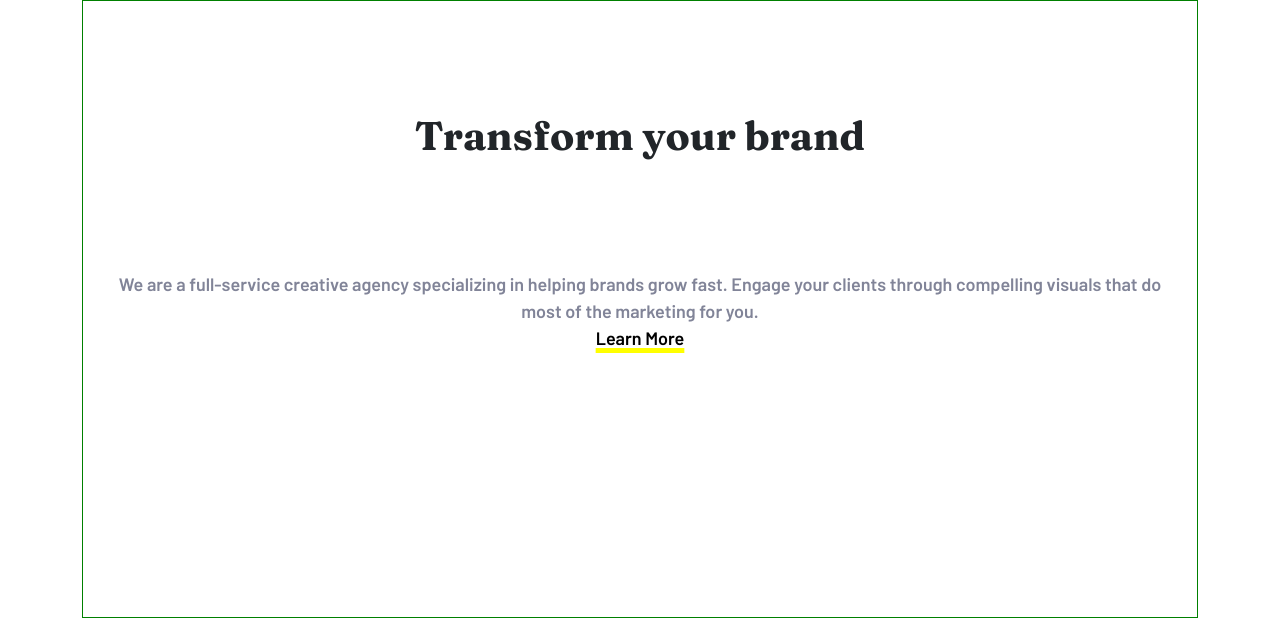
Repository: Roshanell/Sunny-Side-Agency
Page: index.html
The author's editor kept a copy of each file at every save. The page is drawn from the files as they stood at one save, then again after a run of saves.
The browser window is 1280 px wide. The pictures show the part of the page from y = 1490 to 2108 px (the page is 8541 px tall).
Pictures or frames that could not be fetched are drawn as grey boxes.

Above is the page before, as saved 2022-07-03 17:52:40.

### index.html
<!doctype html>
<html lang="en">

  <head>
    <meta charset="utf-8">
    <meta name="viewport" content="width=device-width, initial-scale=1">
    <title>Sunny Side Agency</title>
    <link href="https://cdn.jsdelivr.net/npm/bootstrap@5.2.0-beta1/dist/css/bootstrap.min.css" rel="stylesheet"
      integrity="sha384-0evHe/X+R7YkIZDRvuzKMRqM+OrBnVFBL6DOitfPri4tjfHxaWutUpFmBp4vmVor" crossorigin="anonymous">
    <link href="https://fonts.googleapis.com/icon?family=Material+Icons" rel="stylesheet">
    <link rel="stylesheet" href="css/style.css">
    <link rel="preconnect" href="https://fonts.googleapis.com">
    <link rel="preconnect" href="https://fonts.gstatic.com" crossorigin>
    <link
      href="https://fonts.googleapis.com/css2?family=Barlow:wght@600&family=Fraunces:opsz,wght@9..144,300;9..144,700;9..144,900&display=swap"
      rel="stylesheet">
  </head>

  <body>
    <div class="container">
      <div class="homePage">
        <ul class="menu">
          <li><a class="menuItem" href="#">Home</a></li>
          <li><a class="menuItem" href="#">Profile</a></li>
          <li><a class="menuItem" href="#">About</a></li>
          <li><a class="menuItem" href="#">Contacts</a></li>
        </ul>
        <button class="hamburger">
          <!-- material icons https://material.io/resources/icons/ -->
          <i class="menuIcon material-icons">menu</i>
          <i class="closeIcon material-icons">close</i>
        </button>
        <div class="header">
          <h1>sunnyside</h1>
        </div>
        <div class="homeContent">
          <h2 class="homeSlogan">We are creatives</h2>
        </div>
      </div>

      <div class="eggArea">
      </div>

      <div class="aboutUsInfo">
        <h3>
          Transform your brand
        </h3>
        <p>We are a full-service creative agency specializing in helping brands grow fast. Engage your clients through
          compelling visuals that do most of the marketing for you. </p>
        <span><a href="#">Learn More</a></span>
      </div>

      <div class="cupImage">
      </div>

      <div class="standOutInfo">
        <h3>Stand out to the right audience</h3>
        <p> Using a collaborative formula of designers, researchers,
          photographers,videographers, and copywriters, we’ll build and extend your brand in digital places. </p>

        <span class="learnMorePink"><a href="#">Learn More</a></span>
      </div>
      <div class="graphicDesign">
        <h3> Graphic Design</h3>
        <p class="pGraphics" id="pDesign">
          Great design makes you memorable. We deliver artwork that underscores your brand message and captures
          potential clients’ attention. </p>
        <!-- background img with words overlay -->
        </p>
      </div>
      <div class="orangeImage">
        <h3>Photography</h3>
        <p class="pGraphics"> Increase your credibility by getting the most stunning, high-quality photos that improve
          your business
          image. </p>
        <!-- background img with words overlay -->
      </div>
      <div class="testimonialOne">
        <h4>Client Testimonials</h4>
        <div class="user one"></div>
        <p>We put our trust in Sunnyside and they delivered, making sure our needs were met and deadlines were always
          hit.</p>
        <span class="name">Emily R.</span>
        <span class="occupation">Marketing Director</span>
      </div>
      <div class="testimonialTwo">
        <div class="user two"></div>
        <p>Sunnyside’s enthusiasm coupled with their keen interest in our brand’s success made it a satisfying and
          enjoyable experience.</p>
        <span class="name">Thomas S.</span>
        <span span class="occupation">Chief Operating Officer</span>
      </div>
      <div class="testimonialThree">
        <div class="user three"></div>
        <p>Incredible end result! Our sales increased over 400% when we worked with Sunnyside. Highly recommended!</p>
        <span class="name">Jennie F.</span>
        <span span class="occupation">Business Owner</span>
      </div>
      <div class="fourImgs">
        <div class="imgOne">
        </div>
        <div class="imgTwo">
        </div>
        <div class="imgThree">
        </div>
        <div class="imgFour">
        </div>
      </div>

      <div class="footer">
        <h1>sunnyside</h1>
        <div class="moreInformation">
          <span>About</span>
          <span>Services</span>
          <span>Projects</span>
        </div>
        <div class="socialMediaHandles">
          <div>
            <img src="https://i.imgur.com/uHHCF8A.png" alt="Facebook Icon" height="20px" width="20px">
          </div>
          <div>
            <img src="https://i.imgur.com/Fvw0N1c.png" alt="Instagram Icon" height="20px" width="20px">
          </div>
          <div>
            <img src="https://i.imgur.com/k39Bgoc.png" alt="Twitter Icon" height="20px" width="20px">
          </div>
          <div>
            <img src="https://i.imgur.com/JN1Rhal.png" alt="Pinterest Icon" height="20px" width="20px">
          </div>
        </div>
      </div>
    </div>




    <script src="https://cdn.jsdelivr.net/npm/bootstrap@5.2.0-beta1/dist/js/bootstrap.bundle.min.js"
      integrity="sha384-pprn3073KE6tl6bjs2QrFaJGz5/SUsLqktiwsUTF55Jfv3qYSDhgCecCxMW52nD2" crossorigin="anonymous"
      type="text/javascript" src="js/main.js">


      </script>

  </body>

</html>

### css/style.css
/* Box Model Hack */
* {
  -moz-box-sizing: border-box;
}

/* Clear fix hack */
.clearfix:after {
  content: ".";
  display: block;
  clear: both;
  visibility: hidden;
  line-height: 0;
  height: 0;
}

.clear {
  clear: both;
}

/******************************************
/* BASE STYLES
/*******************************************/

/* general body */
body {
  font-size: 18px;
  font-family: "Barlow", sans-serif;
  text-align: center;
}
p {
  color: hsl(232, 10%, 55%);
  display: flex;
  justify-content: center;
  align-items: center;
  margin: 0 2%;
}

h1,
h2,
h3,
h4,
h5,
h6 {
  font-family: "Fraunces", serif;
  font-weight: 700;
}

h3 {
  margin-top: 10%;
  margin-bottom: 10%;
  font-size: 40px;
}

span a {
  color: black;
  text-decoration: underline yellow;
  text-decoration-thickness: 5px;
}

.learnMorePink a {
  text-decoration: underline hsl(7, 99%, 70%);
  text-decoration-thickness: 5px;
}
.learnMorePink {
  margin-top: 5%;
}
/* hamburger */
.menuItem {
  display: block;
  margin: 2rem 4rem;
  font-size: 1.8rem;
  color: white;
  text-decoration: none;
}

.menuItem:hover {
  text-decoration: underline;
}

.hamburger {
  position: fixed;
  z-index: 100;
  top: 1rem;
  right: 1rem;
  padding: 4px;
  border: black solid 1px;
  background: white;
  cursor: pointer;
}

.closeIcon {
  display: none;
}

.menu {
  position: fixed;
  transform: translateY(-100%);
  transition: transform 0.2s;
  top: 0;
  left: 0;
  right: 0;
  bottom: 0;
  z-index: 99;
  background: black;
  color: white;
  list-style: none;
  padding-top: 4rem;
}

.showMenu {
  transform: translateY(0);
}

/* homepage */

.homePage {
  background-image: url("https://i.imgur.com/HUEIjty.jpg");
  background-size: contain;
  /* height: 100vh; */
  background-repeat: no-repeat;
}

.homeSlogan {
  color: white;
  font-size: 40px;
  text-transform: uppercase;
  letter-spacing: 5px;
}
/* About Us */
.aboutUsInfo {
  background-color: white;
}
.aboutUsInfo h3 {
  font-size: 40px;
}
/* testimonials */
/* user profile images */
.user {
  display: inline-block;
  width: 75px;
  height: 75px;
  border-radius: 50%;
  margin: 9%;
  background-repeat: no-repeat;
  background-position: center center;
  background-size: cover;
}

.one {
  background-image: url("https://i.imgur.com/0PxR98W.jpg");
}

.two {
  background-image: url("https://i.imgur.com/01xgLPA.jpg");
}

.three {
  background-image: url("https://i.imgur.com/YJGOYO1.jpg");
}

.testimonialOne h4 {
  text-transform: uppercase;
  color: hsl(210, 4%, 67%);
  letter-spacing: 4px;
  /* font-size: 100%; */
  margin-top: 10%;
  font-weight: 900;
}

.occupation {
  color: hsl(210, 4%, 67%);
  margin-bottom: 5%;
}

.name {
  font-family: "Fraunces", serif;
  margin-top: 5%;
  font-weight: 900;
}

/* background Images */
.pGraphics {
  margin-bottom: 20%;
}

/******************************************
/* LAYOUT
/*******************************************/
.container {
  /* border: solid 1px blue; */
  display: grid;
  grid-template-columns: 1fr;
  grid-template-rows: 1.41fr 1fr 1fr 1fr 1fr 1.58fr 1.58fr 1fr 1fr 1fr 1fr;
  gap: 0px 0px;
  grid-auto-flow: column dense;
  grid-template-areas:
    "homePage"
    "eggArea"
    "aboutUsInfo"
    "cupImage"
    "standOutInfo"
    "graphicDesign"
    "orangeImage"
    "testimonialOne"
    "testimonialTwo"
    "testimonialThree"
    "fourImgs"
    "footer";
}

.homePage {
  /* border: solid 1px red; */
}

.header {
  display: flex;
  /* border: solid 1px orange; */
  grid-area: header;
  color: white;
}

.homeContent {
  /* border: solid 1px yellow; */
  grid-area: homeContent;
  margin-top: 15%;
}

.eggArea {
  border: solid 1px purple;
  grid-area: eggArea;
  background-image: url("https://i.imgur.com/Ic0Kukn.jpg");
  /* height: 40vh; */
  background-size: cover;
}

.aboutUsInfo {
  border: solid 1px green;
  /* height: 40vh; */
  grid-area: aboutUsInfo;
}

.cupImage {
  border: solid 1px pink;
  /* height: 40vh; */
  grid-area: cupImage;
  background-image: url("https://i.imgur.com/TEIjlB8.jpg");
  background-size: cover;
}

.standOutInfo {
  border: solid 1px black;
  grid-area: standOutInfo;
  display: flex;
  flex-direction: column;
  font-weight: 900;
  /* height: 40vh; */
}

.graphicDesign {
  border: solid 1px brown;
  grid-area: graphicDesign;
  background-image: url("https://i.imgur.com/ceaL6cl.jpg");
  background-size: cover;
  display: flex;
  flex-direction: column;
  flex-wrap: nowrap;
  align-content: center;
  justify-content: flex-end;
  align-items: center;
  /* height: 40vh; */
}

.graphicDesign h3 {
  color: hsl(167, 40%, 24%);
  font-weight: 900;
}
#pDesign {
  color: hsl(167, 40%, 24%);
  font-weight: 700;
  font-size: 18px;
}
.orangeImage {
  border: solid 1px gray;
  grid-area: orangeImage;
  background-image: url("https://i.imgur.com/5lTcoMD.jpg");
  background-size: cover;
  display: flex;
  flex-direction: column;
  flex-wrap: nowrap;
  align-content: center;
  justify-content: flex-end;
  align-items: center;
}
/* height: 40vh; */

.orangeImage h3 {
  color: hsl(198, 62%, 26%);
}
.orangeImage p {
  color: hsl(198, 62%, 26%);
}
.testimonialOne {
  border: solid 1px fuchsia;
  grid-area: testimonialOne;
  /* height: 33vh; */
  display: flex;
  flex-direction: column;
  justify-content: center;
  align-items: center;
}

.testimonialThree {
  border: solid 1px lightblue;
  grid-area: testimonialThree;
  display: flex;
  flex-direction: column;
  justify-content: center;
  align-items: center;
  /* height: 33vh; */
}

.testimonialTwo {
  border: solid 1px silver;
  display: flex;
  flex-direction: column;
  justify-content: center;
  align-items: center;
  grid-area: testimonialTwo;

  /* height: 33vh; */
}

.fourImgs {
  border: solid 1px maroon;
  display: grid;
  grid-template-columns: 1fr 1fr;
  grid-template-rows: 1fr 1fr;
  gap: 0px 0px;
  grid-template-areas:
    "imgOne imgThree"
    "imgTwo imgFour";
  grid-area: fourImgs;
  /* height: 40vh; */
}

.imgOne {
  border: solid 1px yellowgreen;
  background-image: url("https://i.imgur.com/g7g3pHI.jpg");
  background-size: cover;
}
.imgTwo {
  border: solid 1px rgb(228, 122, 199);
  background-image: url("https://i.imgur.com/xXvVali.jpg");
  background-size: cover;
}
.imgThree {
  border: solid 1px rgb(158, 207, 232);
  background-image: url("https://i.imgur.com/w22eeJU.jpg");
  background-size: cover;
}
.imgFour {
  border: solid 1px rgb(205, 122, 50);
  background-image: url("https://i.imgur.com/hMYShPr.jpg");
  background-size: cover;
}

/* Fix the footer */
.footer {
  background: #99d2c2;
  color: hsl(168, 34%, 41%);
}
.footer h1 {
  color: #3b6f5f;
  font-weight: 900;
  font-family: "Fraunces", serif;
}

.moreInformation {
  display: flex;
  flex-direction: row;
  justify-content: space-evenly;
  margin: 10%;
}

.socialMediaHandles {
  width: 65%;
  display: flex;
  justify-content: space-around;
  margin: 20%;
}

.footer h1 {
  margin-top: 10%;
}

/******************************************
/* ADDITIONAL STYLES
/*******************************************/

After the next 4 saves:
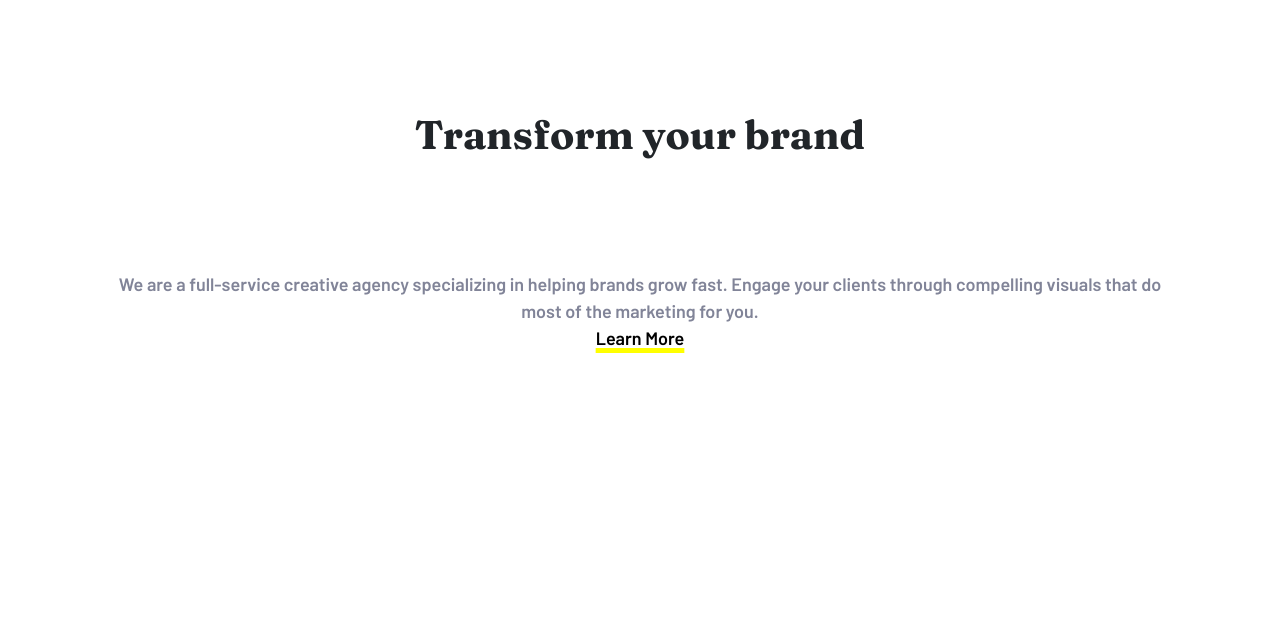
The 4 saves are shown as one change because they came seconds apart.
The last was saved 15 s later.
--- a/css/style.css
+++ b/css/style.css
@@ -234,13 +234,13 @@ span a {
 }
 
 .aboutUsInfo {
-  border: solid 1px green;
+  /* border: solid 1px green; */
   /* height: 40vh; */
   grid-area: aboutUsInfo;
 }
 
 .cupImage {
-  border: solid 1px pink;
+  /* border: solid 1px pink; */
   /* height: 40vh; */
   grid-area: cupImage;
   background-image: url("https://i.imgur.com/TEIjlB8.jpg");
@@ -248,7 +248,7 @@ span a {
 }
 
 .standOutInfo {
-  border: solid 1px black;
+  /* border: solid 1px black; */
   grid-area: standOutInfo;
   display: flex;
   flex-direction: column;
@@ -257,7 +257,7 @@ span a {
 }
 
 .graphicDesign {
-  border: solid 1px brown;
+  /* border: solid 1px brown; */
   grid-area: graphicDesign;
   background-image: url("https://i.imgur.com/ceaL6cl.jpg");
   background-size: cover;
